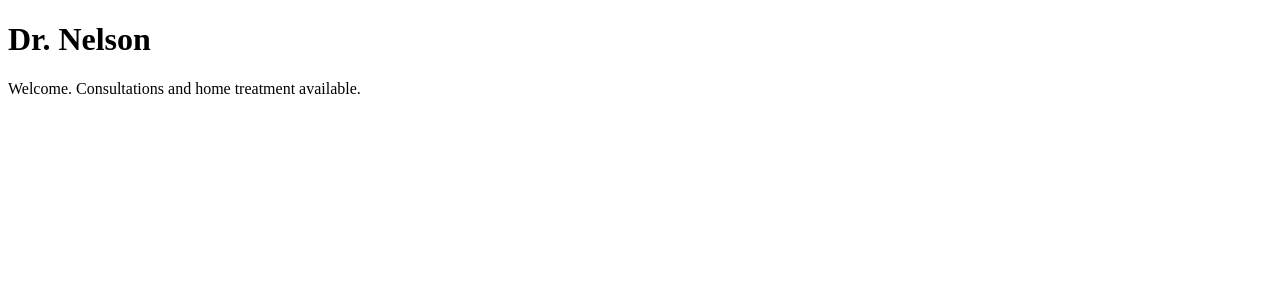
Repository: Nelson254-PNG/doctor_site
Page: public/index.html
An editor plug-in stored every save of this project. The page is shown before and after the next save, followed by the edit.
The browser window is 1280 px wide. The pictures show the whole page.

Above is the page before, as saved 2026-10-04 12:21:19.

After the next save:
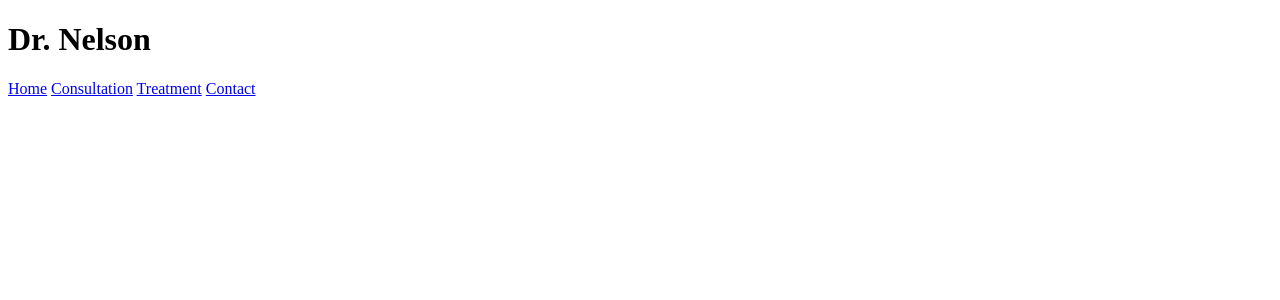
Saved 16 min 16 s later.
--- a/public/index.html
+++ b/public/index.html
@@ -3,10 +3,13 @@
 <head>
     <meta charset="UTF-8">
     <title>Dr. Nelson  - Home</title>
+    <link rel="stylesheet" href="/css/style.css">
 </head>
 <body>
   <h1>Dr. Nelson</h1>
-  <p>Welcome. Consultations and home treatment available.</p>
-
-</body>
-</html>
+  <nav>
+    <a href="/index.html">Home</a>
+    <a href="/Consultation.html">Consultation</a>
+    <a href="/treatment.html">Treatment</a>
+    <a href="/contact.html">Contact</a>
+  </nav>
